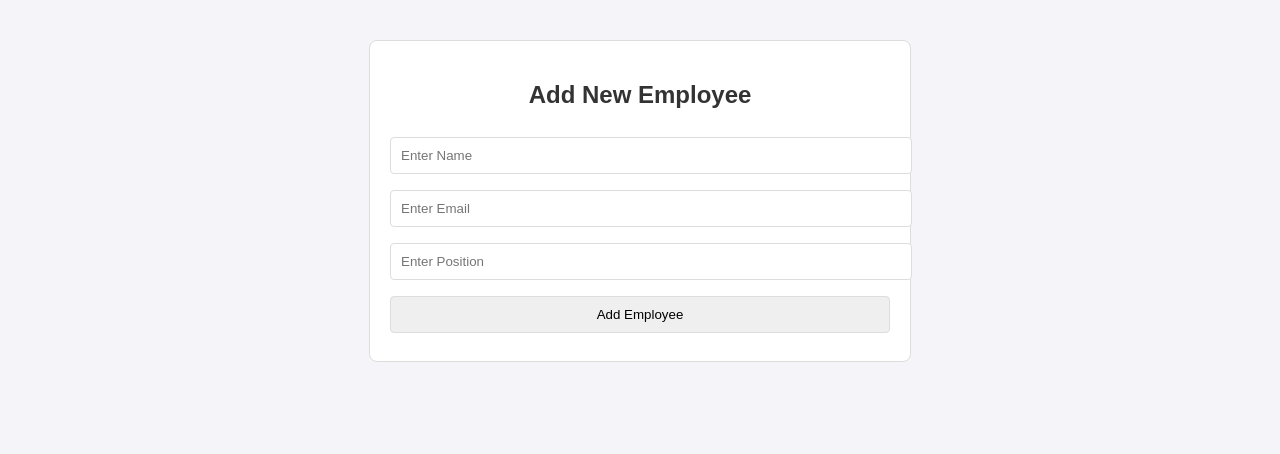
Repository: KhushiGor/J2EE-Project
Page: http://localhost/HRMS/addEmployee
An editor plug-in stored every save of this project. The page is shown before and after the next save, followed by the edit.
The browser window is 1280 px wide. The pictures show the whole page.
The page is served by Tomcat 10. Other server files are loaded and not shown.

Above is the page before, as saved 2024-12-05 04:34:27.

### HRMS/src/main/webapp/view/add-employee.jsp
<%@ page language="java" contentType="text/html; charset=UTF-8"
    pageEncoding="UTF-8"%>
<!DOCTYPE html>
<html>
<head>
<meta charset="UTF-8">
<title>Add-Employee</title>
<meta name="viewport" content="width=device-width, initial-scale=1.0">
<style type="text/css">
body {
    font-family: Arial, sans-serif;
    margin: 0;
    padding: 20px;
    background-color: #f4f4f9;
}
h1, h2 {
    text-align: center;
    color: #333;
}
.form-container {
    max-width: 500px;
    margin: 20px auto;
    padding: 20px;
    background-color: #fff;
    border: 1px solid #ddd;
    border-radius: 8px;
}
.form-container input, .form-container select, .form-container button {
    width: 100%;
    padding: 10px;
    margin: 8px 0;
    border: 1px solid #ddd;
    border-radius: 4px;
}
.response {
    margin-top: 20px;
    text-align: center;
    color: #333;
    font-weight: bold;
}
</style>
</head>
<body>
<form action="addEmployee">
<div class="form-container">
        <h2>Add New Employee</h2>
        <form action="AddEmployee" id="addEmployeeForm">
            <input type="text" id="name" name="employee_name" placeholder="Enter Name" required>
            <input type="email" id="email" name="employee_email" placeholder="Enter Email" required>
            <input type="text" id="position" name="employee_position" placeholder="Enter Position" required>
            <button type="submit">Add Employee</button>
        </form>
        <div id="responseMessage"></div>
    </div>

</body>
</html>

### HRMS/src/main/java/controller/AddEmployeeServlet.java
package controller;

import jakarta.servlet.ServletException;
import jakarta.servlet.annotation.WebServlet;
import jakarta.servlet.http.HttpServlet;
import jakarta.servlet.http.HttpServletRequest;
import jakarta.servlet.http.HttpServletResponse;

import java.io.BufferedReader;
import java.io.FileReader;
import java.io.FileWriter;
import java.io.IOException;
import java.util.ArrayList;
import java.util.List;


public class AddEmployeeServlet extends HttpServlet {
	private static final long serialVersionUID = 1L;


    public AddEmployeeServlet() {
        super();
        // TODO Auto-generated constructor stub
    }


	protected void doGet(HttpServletRequest request, HttpServletResponse response) throws ServletException, IOException {
		request.getRequestDispatcher("/view/add-employee.jsp").forward(request, response);
	}


	protected void doPost(HttpServletRequest request, HttpServletResponse response) throws ServletException, IOException {
		// Retrieve updated customer information from the form
        String id = request.getParameter("employeeId");
        String name = request.getParameter("employeeName");
        String email = request.getParameter("employeeEmail");



		request.getRequestDispatcher("/view/success.jsp").forward(request, response);
	}

}

After the next save:
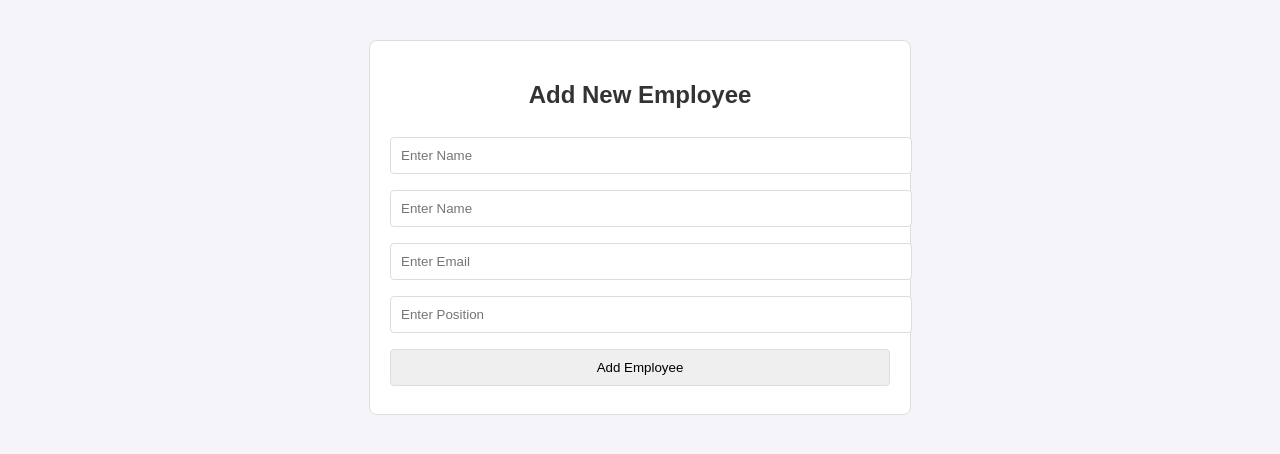
Saved 89 s later.
--- a/HRMS/src/main/webapp/view/add-employee.jsp
+++ b/HRMS/src/main/webapp/view/add-employee.jsp
@@ -46,6 +46,7 @@ h1, h2 {
         <h2>Add New Employee</h2>
         <form action="AddEmployee" id="addEmployeeForm">
             <input type="text" id="name" name="employee_name" placeholder="Enter Name" required>
+            <input type="text" id="id" name="employee_id" placeholder="Enter Name" required>
             <input type="email" id="email" name="employee_email" placeholder="Enter Email" required>
             <input type="text" id="position" name="employee_position" placeholder="Enter Position" required>
             <button type="submit">Add Employee</button>
